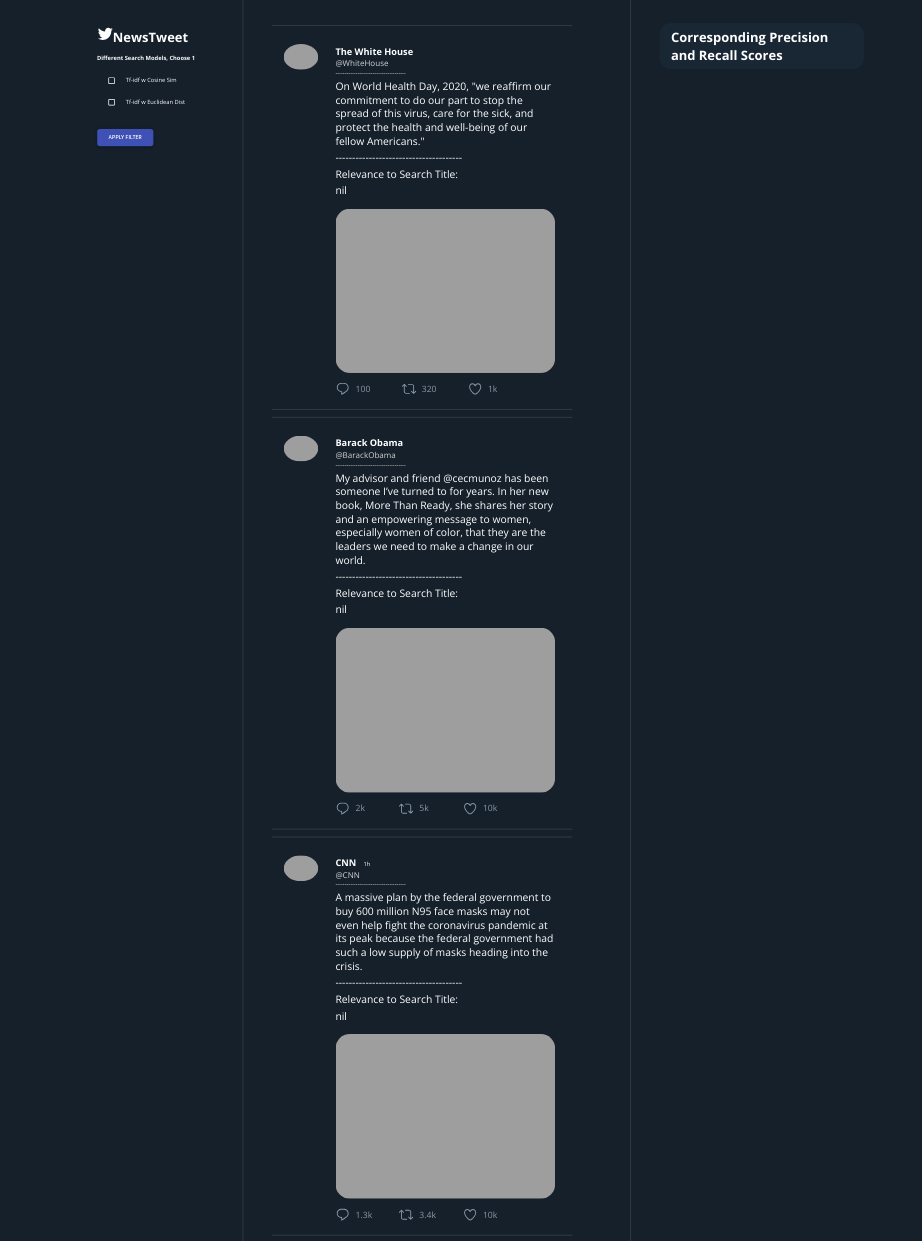
Repository: Dustyik/TwitterAIproj
Page: / (app in FrontEnd/)
The author's editor kept a copy of each file at every save. The page is drawn from the files as they stood at one save, then again after the next save.
The browser window is 1280 px wide. The pictures show the whole page, at 72% of full size.
Pictures or frames that could not be fetched are drawn as grey boxes. The page's requests for data from a server got no answer. The project was rebuilt for these pictures with package versions that can differ from the ones it lists, and the page was loaded fresh each time. No one was signed in, and anything a server would have sent is missing. Also part of the build but not shown: FrontEnd/src/components/trending/Trend.js, FrontEnd/src/components/trending/TrendsList.js, FrontEnd/src/components/trending/FollowSuggestionCard.js, FrontEnd/src/styles/FollowList.css, FrontEnd/src/components/trending/FollowSuggestionsList.js, FrontEnd/src/components/StatusCard.js, FrontEnd/src/pages/Status.js, FrontEnd/src/components/profile/ProfileHead.js and 3 more.

Above is the page before, as saved 2021-08-03 00:06:06.

After the next save:
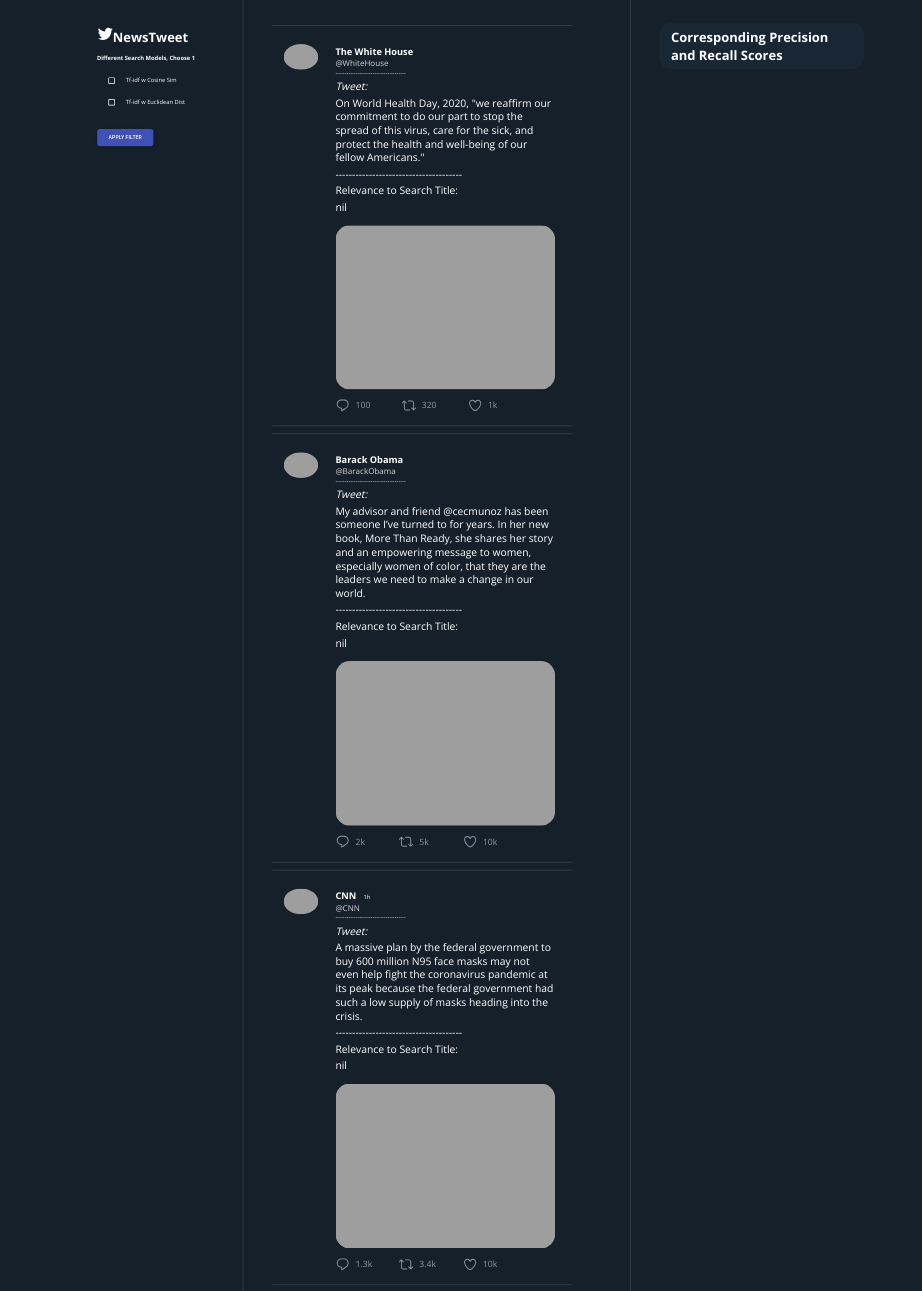
Saved 8 s later.
--- a/FrontEnd/src/components/TweetCard.js
+++ b/FrontEnd/src/components/TweetCard.js
@@ -33,6 +33,7 @@
                             </div>
                         <div className="tweet-card-body">
                         <div className="tweet-card-content">
+                                <p className="m-0" style = {{fontStyle:"italic"}}>Tweet:</p>
                             </div>
                             <div className="tweet-card-content">
                                 <p className="m-0">{this.tweet.tweet.content}</p>
